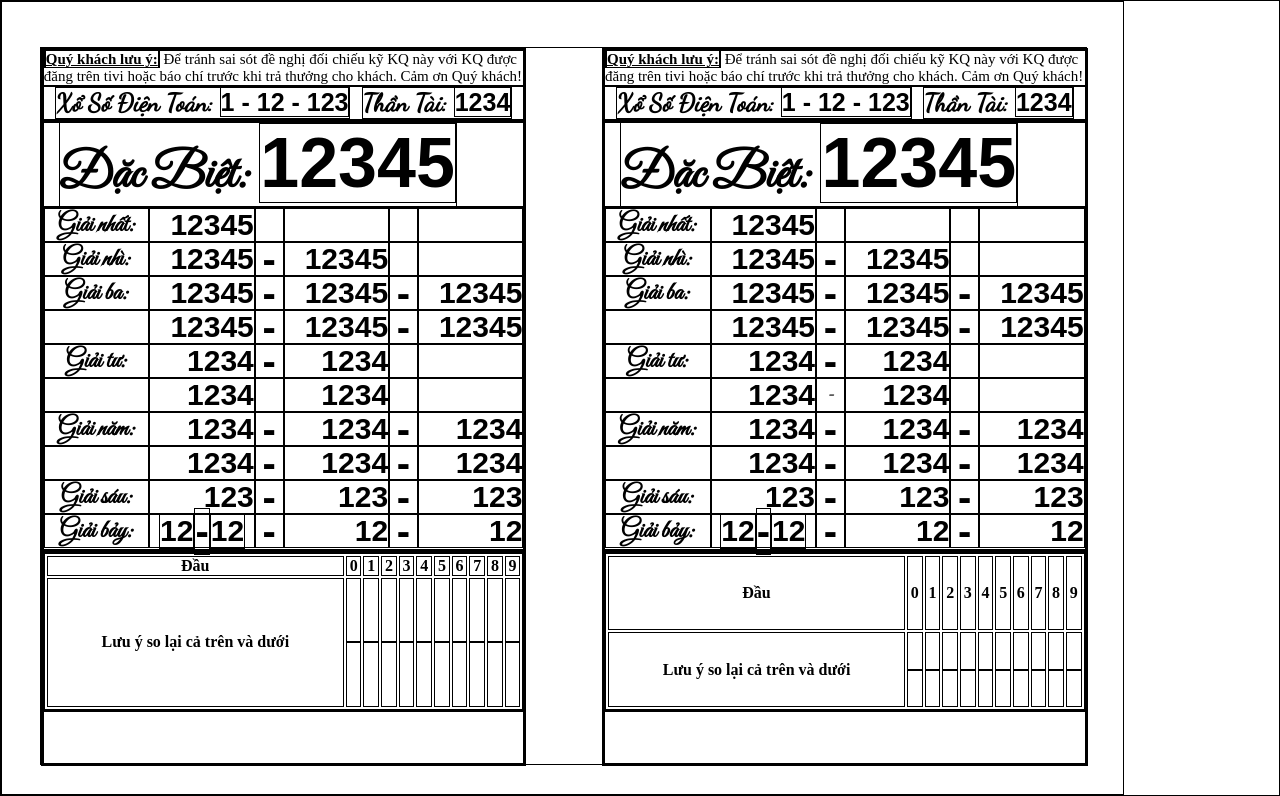
Repository: AnhDuc0125/xskt123
Page: index.html
These files come from the project's save history. The page is drawn as it stood at one moment and after the next save; the edit follows.
The browser window is 1280 px wide. The pictures show the whole page.
Some web fonts or font styles are not loaded; a fallback is used.

Above is the page before, as saved 2022-01-29 17:49:38.

### index.html
<!DOCTYPE html>
<html lang="en">
  <head>
    <meta charset="UTF-8" />
    <meta http-equiv="X-UA-Compatible" content="IE=edge" />
    <meta name="viewport" content="width=device-width, initial-scale=1.0" />
    <link rel="stylesheet" href="style.css" />
    <title>Document</title>
  </head>
  <body>
    <div class="boxed__container">
      <div class="boxed--1">
        <div class="header">
          <div class="header--1">
            <b><u>Quý khách lưu ý:</u></b> Để tránh sai sót đề nghị đối chiếu kỹ
            KQ này với KQ được đăng trên tivi hoặc báo chí trước khi trả thưởng
            cho khách. Cảm ơn Quý khách!
          </div>
          <div class="header--2">
            <div class="dienToan">
              Xổ Số Điện Toán:
              <span id="data__dienToan--1">1 - 12 - 123</span>
            </div>
            <div class="thanTai">
              Thần Tài: <span id="data__thanTai--1">1234</span>
            </div>
          </div>
        </div>

        <div class="body">
          <div class="body--1">
            <div class="dacBiet">
              Đặc Biệt:
              <span id="data__dacBiet">12345</span>
            </div>
          </div>
          <div class="body--2">
            <!-- row1 -->
            <div class="body__item body__name">Giải nhất:</div>
            <div class="body__item data__body">12345</div>
            <div class="body__item"></div>
            <div class="body__item"></div>
            <div class="body__item"></div>
            <div class="body__item"></div>
            <!-- row2 -->
            <div class="body__item body__name">Giải nhì:</div>
            <div class="body__item data__body">12345</div>
            <div class="body__item space">-</div>
            <div class="body__item data__body">12345</div>
            <div class="body__item"></div>
            <div class="body__item"></div>
            <!-- row3 -->
            <div class="body__item body__name">Giải ba:</div>
            <div class="body__item data__body">12345</div>
            <div class="body__item space">-</div>
            <div class="body__item data__body">12345</div>
            <div class="body__item space">-</div>
            <div class="body__item data__body">12345</div>
            <!-- row4 -->
            <div class="body__item"></div>
            <div class="body__item data__body">12345</div>
            <div class="body__item space">-</div>
            <div class="body__item data__body">12345</div>
            <div class="body__item space">-</div>
            <div class="body__item data__body">12345</div>
            <!-- row5 -->
            <div class="body__item body__name">Giải tư:</div>
            <div class="body__item data__body">1234</div>
            <div class="body__item space">-</div>
            <div class="body__item data__body">1234</div>
            <div class="body__item"></div>
            <div class="body__item"></div>
            <!-- row6 -->
            <div class="body__item"></div>
            <div class="body__item data__body">1234</div>
            <div class="body__item"></div>
            <div class="body__item data__body">1234</div>
            <div class="body__item"></div>
            <div class="body__item"></div>
            <!-- row7 -->
            <div class="body__item body__name">Giải năm:</div>
            <div class="body__item data__body">1234</div>
            <div class="body__item space">-</div>
            <div class="body__item data__body">1234</div>
            <div class="body__item space">-</div>
            <div class="body__item data__body">1234</div>
            <!-- row8 -->
            <div class="body__item"></div>
            <div class="body__item data__body">1234</div>
            <div class="body__item space">-</div>
            <div class="body__item data__body">1234</div>
            <div class="body__item space">-</div>
            <div class="body__item data__body">1234</div>
            <!-- row9 -->
            <div class="body__item body__name">Giải sáu:</div>
            <div class="body__item data__body">123</div>
            <div class="body__item space">-</div>
            <div class="body__item data__body">123</div>
            <div class="body__item space">-</div>
            <div class="body__item data__body">123</div>
            <!-- row10 -->
            <div class="body__item body__name">Giải bảy:</div>
            <div class="body__item">
              <span class="data__body">12</span>
              <span class="space">-</span>
              <span class="data__body">12</span>
            </div>
            <div class="body__item space">-</div>
            <div class="body__item data__body">12</div>
            <div class="body__item space">-</div>
            <div class="body__item data__body">12</div>
          </div>
        </div>

        <div class="footer">
          <div class="footer--1">
            <table>
              <thead>
                <tr>
                  <th>Đầu</th>
                  <th>0</th>
                  <th>1</th>
                  <th>2</th>
                  <th>3</th>
                  <th>4</th>
                  <th>5</th>
                  <th>6</th>
                  <th>7</th>
                  <th>8</th>
                  <th>9</th>
                </tr>
              </thead>
              <tbody>
                <tr>
                  <th>Lưu ý so lại cả trên và dưới</th>
                  <th class="cols">
                    <ul id="data__0--1"></ul>
                  </th>
                  <th class="cols">
                    <ul id="data__1--1"></ul>
                  </th>
                  <th class="cols">
                    <ul id="data__2--1"></ul>
                  </th>
                  <th class="cols">
                    <ul id="data__3--1"></ul>
                  </th>
                  <th class="cols">
                    <ul id="data__4--1"></ul>
                  </th>
                  <th class="cols">
                    <ul id="data__5--1"></ul>
                  </th>
                  <th class="cols">
                    <ul id="data__6--1"></ul>
                  </th>
                  <th class="cols">
                    <ul id="data__7--1"></ul>
                  </th>
                  <th class="cols">
                    <ul id="data__8--1"></ul>
                  </th>
                  <th class="cols">
                    <ul id="data__9--1"></ul>
                  </th>
                </tr>
              </tbody>
            </table>
          </div>
          <div class="footer--2"></div>
        </div>
      </div>
      <div class="boxed--2">
        <div class="header">
          <div class="header--1">
            <b><u>Quý khách lưu ý:</u></b> Để tránh sai sót đề nghị đối chiếu kỹ
            KQ này với KQ được đăng trên tivi hoặc báo chí trước khi trả thưởng
            cho khách. Cảm ơn Quý khách!
          </div>
          <div class="header--2">
            <div class="dienToan">
              Xổ Số Điện Toán:
              <span id="data__dienToan--2">1 - 12 - 123</span>
            </div>
            <div class="thanTai">
              Thần Tài: <span id="data__thanTai--2">1234</span>
            </div>
          </div>
        </div>

        <div class="body">
          <div class="body--1">
            <div class="dacBiet">
              Đặc Biệt:
              <span id="data__dacBiet">12345</span>
            </div>
          </div>
          <div class="body--2">
            <!-- row1 -->
            <div class="body__item body__name">Giải nhất:</div>
            <div class="body__item data__body">12345</div>
            <div class="body__item"></div>
            <div class="body__item"></div>
            <div class="body__item"></div>
            <div class="body__item"></div>
            <!-- row2 -->
            <div class="body__item body__name">Giải nhì:</div>
            <div class="body__item data__body">12345</div>
            <div class="body__item space">-</div>
            <div class="body__item data__body">12345</div>
            <div class="body__item"></div>
            <div class="body__item"></div>
            <!-- row3 -->
            <div class="body__item body__name">Giải ba:</div>
            <div class="body__item data__body">12345</div>
            <div class="body__item space">-</div>
            <div class="body__item data__body">12345</div>
            <div class="body__item space">-</div>
            <div class="body__item data__body">12345</div>
            <!-- row4 -->
            <div class="body__item"></div>
            <div class="body__item data__body">12345</div>
            <div class="body__item space">-</div>
            <div class="body__item data__body">12345</div>
            <div class="body__item space">-</div>
            <div class="body__item data__body">12345</div>
            <!-- row5 -->
            <div class="body__item body__name">Giải tư:</div>
            <div class="body__item data__body">1234</div>
            <div class="body__item space">-</div>
            <div class="body__item data__body">1234</div>
            <div class="body__item"></div>
            <div class="body__item"></div>
            <!-- row6 -->
            <div class="body__item"></div>
            <div class="body__item data__body">1234</div>
            <div class="body__item">-</div>
            <div class="body__item data__body">1234</div>
            <div class="body__item"></div>
            <div class="body__item"></div>
            <!-- row7 -->
            <div class="body__item body__name">Giải năm:</div>
            <div class="body__item data__body">1234</div>
            <div class="body__item space">-</div>
            <div class="body__item data__body">1234</div>
            <div class="body__item space">-</div>
            <div class="body__item data__body">1234</div>
            <!-- row8 -->
            <div class="body__item"></div>
            <div class="body__item data__body">1234</div>
            <div class="body__item space">-</div>
            <div class="body__item data__body">1234</div>
            <div class="body__item space">-</div>
            <div class="body__item data__body">1234</div>
            <!-- row9 -->
            <div class="body__item body__name">Giải sáu:</div>
            <div class="body__item data__body">123</div>
            <div class="body__item space">-</div>
            <div class="body__item data__body">123</div>
            <div class="body__item space">-</div>
            <div class="body__item data__body">123</div>
            <!-- row10 -->
            <div class="body__item body__name">Giải bảy:</div>
            <div class="body__item">
              <span class="data__body">12</span>
              <span class="space">-</span>
              <span class="data__body">12</span>
            </div>
            <div class="body__item space">-</div>
            <div class="body__item data__body">12</div>
            <div class="body__item space">-</div>
            <div class="body__item data__body">12</div>
          </div>
        </div>

        <div class="footer">
          <div class="footer--1">
            <table>
              <tr>
                <th class="head-footer1 fontStyle">Đầu</th>
                <th>0</th>
                <th>1</th>
                <th>2</th>
                <th>3</th>
                <th>4</th>
                <th>5</th>
                <th>6</th>
                <th>7</th>
                <th>8</th>
                <th>9</th>
              </tr>
              <tr class="tr-class">
                <th class="head-footer">Lưu ý so lại cả trên và dưới</th>
                <th class="data-fill-table">
                  <ul id="col-0--1"></ul>
                </th>
                <th class="data-fill-table">
                  <ul id="col-1--1"></ul>
                </th>
                <th class="data-fill-table">
                  <ul id="col-2--1"></ul>
                </th>
                <th class="data-fill-table">
                  <ul id="col-3--1"></ul>
                </th>
                <th class="data-fill-table">
                  <ul id="col-4--1"></ul>
                </th>
                <th class="data-fill-table">
                  <ul id="col-5--1"></ul>
                </th>
                <th class="data-fill-table">
                  <ul id="col-6--1"></ul>
                </th>
                <th class="data-fill-table">
                  <ul id="col-7--1"></ul>
                </th>
                <th class="data-fill-table">
                  <ul id="col-8--1"></ul>
                </th>
                <th class="data-fill-table">
                  <ul id="col-9--1"></ul>
                </th>
              </tr>
            </table>
          </div>
          <div class="footer--2"></div>
        </div>
      </div>
    </div>
  </body>
</html>

### style.css
@import url("https://fonts.googleapis.com/css2?family=Great+Vibes&display=swap");
@import url("https://fonts.googleapis.com/css2?family=Dancing+Script&display=swap");
@import url("https://fonts.googleapis.com/css2?family=Andada+Pro:ital,wght@1,800&display=swap");

* {
  margin: 0;
  padding: 0;
  box-sizing: border-box;
  border: 1px solid black;
}

body {
  width: 29.7cm;
  height: 21cm;
}

.boxed__container {
  width: 27.7cm;
  height: 19cm;
  margin: 1.2cm 1cm 0.8cm;
  display: grid;
  grid-template-columns: 12.85cm 12.85cm;
  grid-template-rows: 19cm;
  column-gap: 2cm;
}

.boxed--1,
.boxed--2 {
  width: 12.85cm;
  height: 19cm;
}

/* header css*/
.header {
  width: 100%;
  height: 10%;
}

.header--1 {
  font-size: 15px;
}

.header--2 {
  font-family: "Dancing Script", cursive;
  font-weight: bold;
  font-size: 25px;
  display: flex;
  justify-content: space-evenly;
}

/* data css */
#data__dienToan--1,
#data__thanTai--1,
#data__dienToan--2,
#data__thanTai--2,
#data__dacBiet,
.data__body {
  font-family: arial;
}

#data__dacBiet {
  font-size: 70px;
}

.space {
  font-family: Arial, Helvetica, sans-serif;
  font-size: 40px;
}

.data__body {
  font-size: 30px;
}

/* body css*/
.body {
  width: 100%;
  height: 60%;
  font-family: "Great Vibes", cursive;
  font-weight: bold;
}

.body--1 {
  width: 100%;
  height: 20%;
  display: flex;
  align-items: center;
}

.body--1 .dacBiet {
  font-size: 50px;
  margin-left: 15px;
}

.body--2 {
  width: 100%;
  height: 80%;
  display: grid;
  grid-template-columns: 22% 22% 6% 22% 6% 22%;
  grid-template-rows: 10% 10% 10% 10% 10% 10% 10% 10% 10% 10%;
}

.body--2 .body__item {
  display: flex;
  justify-content: center;
  align-items: center;
}

.body--2 .body__item.body__name {
  font-size: 25px;
}

.body--2 .body__item.data__body {
  justify-content: right;
}

.footer {
  width: 100%;
  height: 30%;
}

.footer--1 {
  width: 100%;
  height: 75%;
}

.footer table {
  width: 100%;
  height: 100%;
}

.footer--2 {
  width: 100%;
  height: 25%;
}

After the next save:
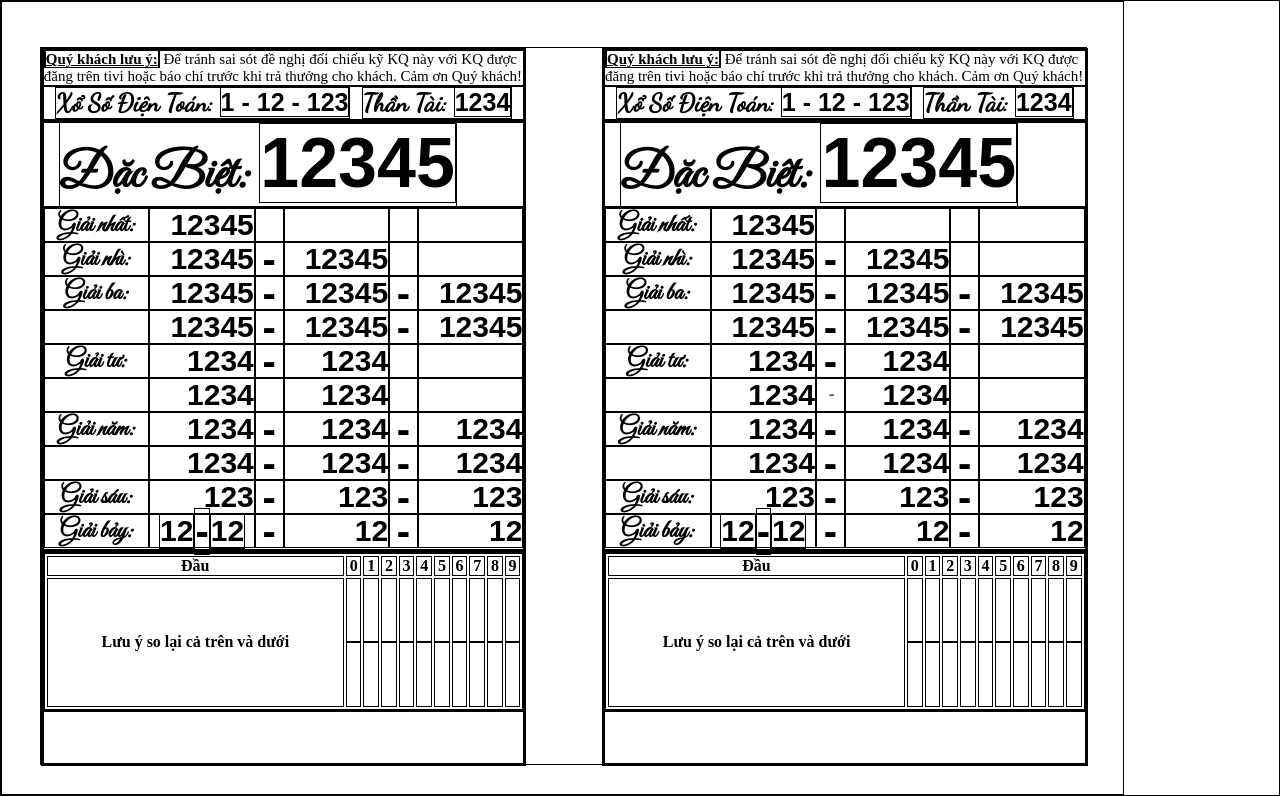
Saved 47 s later.
--- a/index.html
+++ b/index.html
@@ -276,52 +276,56 @@
         <div class="footer">
           <div class="footer--1">
             <table>
-              <tr>
-                <th class="head-footer1 fontStyle">Đầu</th>
-                <th>0</th>
-                <th>1</th>
-                <th>2</th>
-                <th>3</th>
-                <th>4</th>
-                <th>5</th>
-                <th>6</th>
-                <th>7</th>
-                <th>8</th>
-                <th>9</th>
-              </tr>
-              <tr class="tr-class">
-                <th class="head-footer">Lưu ý so lại cả trên và dưới</th>
-                <th class="data-fill-table">
-                  <ul id="col-0--1"></ul>
-                </th>
-                <th class="data-fill-table">
-                  <ul id="col-1--1"></ul>
-                </th>
-                <th class="data-fill-table">
-                  <ul id="col-2--1"></ul>
-                </th>
-                <th class="data-fill-table">
-                  <ul id="col-3--1"></ul>
-                </th>
-                <th class="data-fill-table">
-                  <ul id="col-4--1"></ul>
-                </th>
-                <th class="data-fill-table">
-                  <ul id="col-5--1"></ul>
-                </th>
-                <th class="data-fill-table">
-                  <ul id="col-6--1"></ul>
-                </th>
-                <th class="data-fill-table">
-                  <ul id="col-7--1"></ul>
-                </th>
-                <th class="data-fill-table">
-                  <ul id="col-8--1"></ul>
-                </th>
-                <th class="data-fill-table">
-                  <ul id="col-9--1"></ul>
-                </th>
-              </tr>
+              <thead>
+                <tr>
+                  <th>Đầu</th>
+                  <th>0</th>
+                  <th>1</th>
+                  <th>2</th>
+                  <th>3</th>
+                  <th>4</th>
+                  <th>5</th>
+                  <th>6</th>
+                  <th>7</th>
+                  <th>8</th>
+                  <th>9</th>
+                </tr>
+              </thead>
+              <tbody>
+                <tr>
+                  <th>Lưu ý so lại cả trên và dưới</th>
+                  <th class="cols">
+                    <ul id="data__0--1"></ul>
+                  </th>
+                  <th class="cols">
+                    <ul id="data__1--1"></ul>
+                  </th>
+                  <th class="cols">
+                    <ul id="data__2--1"></ul>
+                  </th>
+                  <th class="cols">
+                    <ul id="data__3--1"></ul>
+                  </th>
+                  <th class="cols">
+                    <ul id="data__4--1"></ul>
+                  </th>
+                  <th class="cols">
+                    <ul id="data__5--1"></ul>
+                  </th>
+                  <th class="cols">
+                    <ul id="data__6--1"></ul>
+                  </th>
+                  <th class="cols">
+                    <ul id="data__7--1"></ul>
+                  </th>
+                  <th class="cols">
+                    <ul id="data__8--1"></ul>
+                  </th>
+                  <th class="cols">
+                    <ul id="data__9--1"></ul>
+                  </th>
+                </tr>
+              </tbody>
             </table>
           </div>
           <div class="footer--2"></div>
